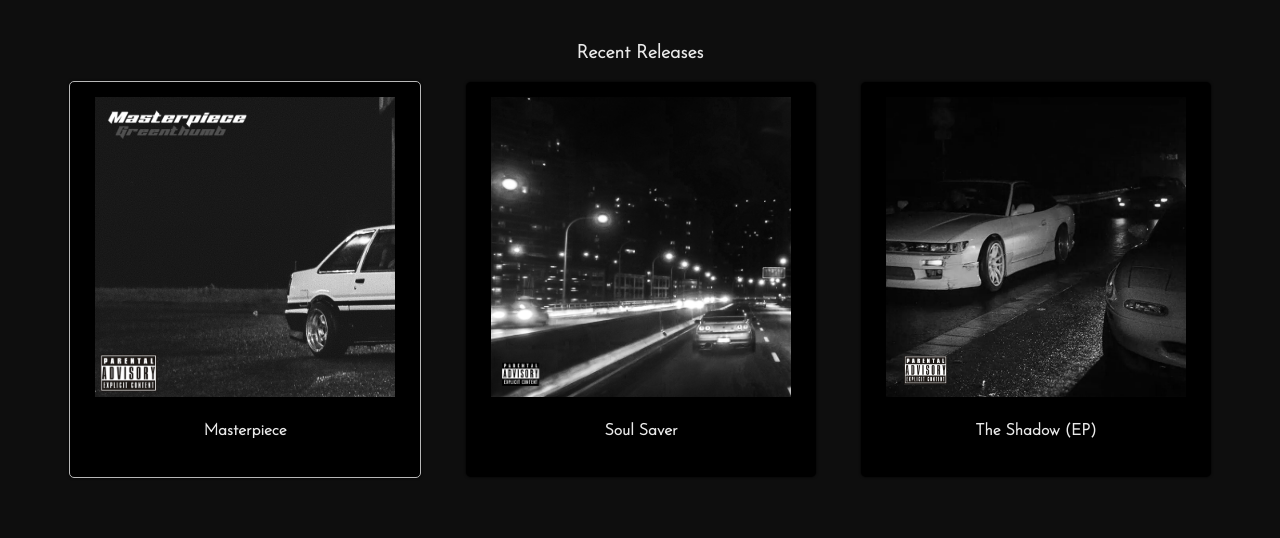
Repository: shayanabedi98/Greenthumb
Page: index.html
The author's editor kept a copy of each file at every save. The page is drawn from the files as they stood at one save, then again after a run of saves.
The browser window is 1280 px wide. The pictures show the part of the page from y = 734 to 1272 px (the page is 1272 px tall).
The pointer rests on the first visible `.card`.

Above is the page before, as saved 2023-08-15 14:02:49.

After the next 2 saves:
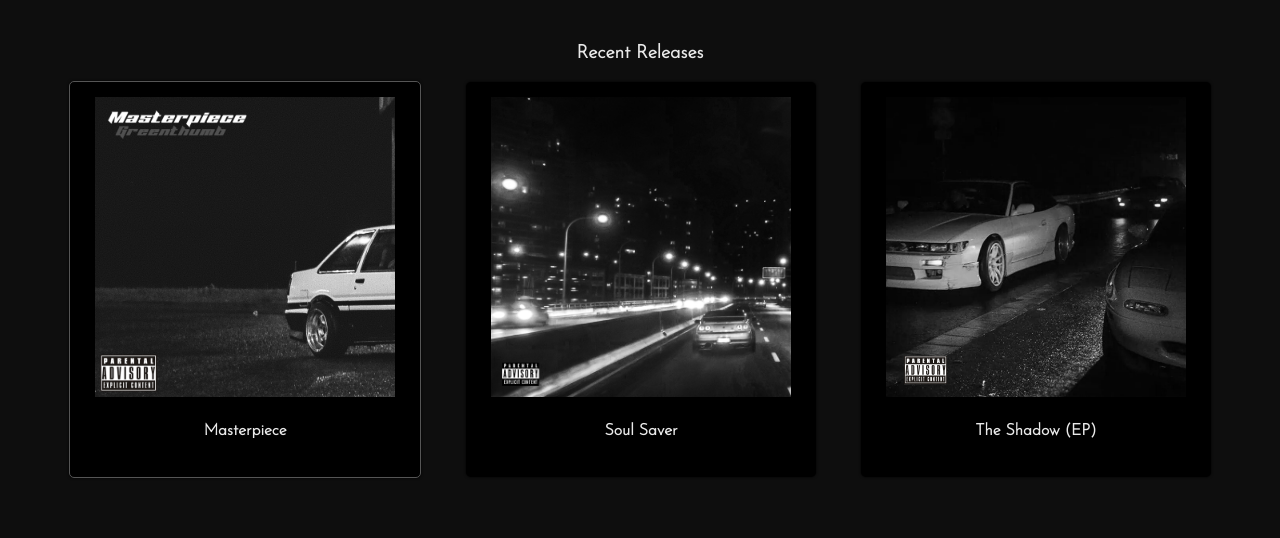
The 2 saves are shown as one change because they came seconds apart.
The last was saved 21 s later.
--- a/styles.css
+++ b/styles.css
@@ -69,8 +69,7 @@
 }
 
 .card:hover {
-    border: 1px solid rgb(184, 184, 184);
-    animation-name: shine;
+    border: 1px solid rgb(85, 85, 85);
     transition: ease-in-out 0.3s;
 }
 
